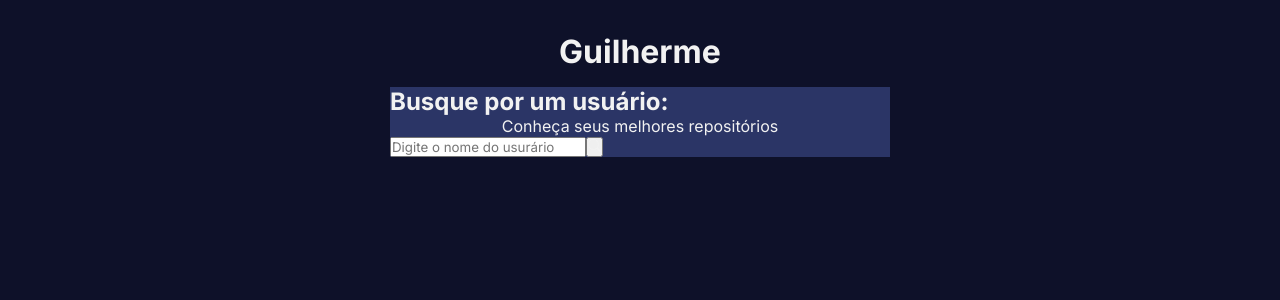
Repository: guilhermecardoso93/github-finder
Page: /
An editor plug-in stored every save of this project. The page is shown before and after the next save, followed by the edit.
The browser window is 1280 px wide. The pictures show the whole page.
The project was rebuilt for these pictures with package versions that can differ from the ones it lists, and the page was loaded fresh each time. Also part of the build but not shown: vite.config.ts.

Above is the page before, as saved 2024-10-24 19:46:41.

After the next save:
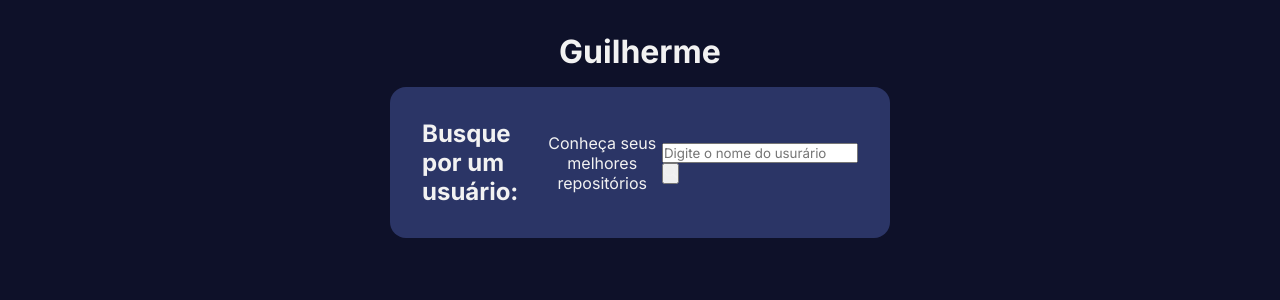
Saved 31 s later.
--- a/src/components/Search/styles.module.css
+++ b/src/components/Search/styles.module.css
@@ -1,3 +1,7 @@
 .container {
   background-color: #2b3566;
+  padding: 2rem;
+  border-radius: 1rem;
+  display: flex;
+  align-items: center;
 }
